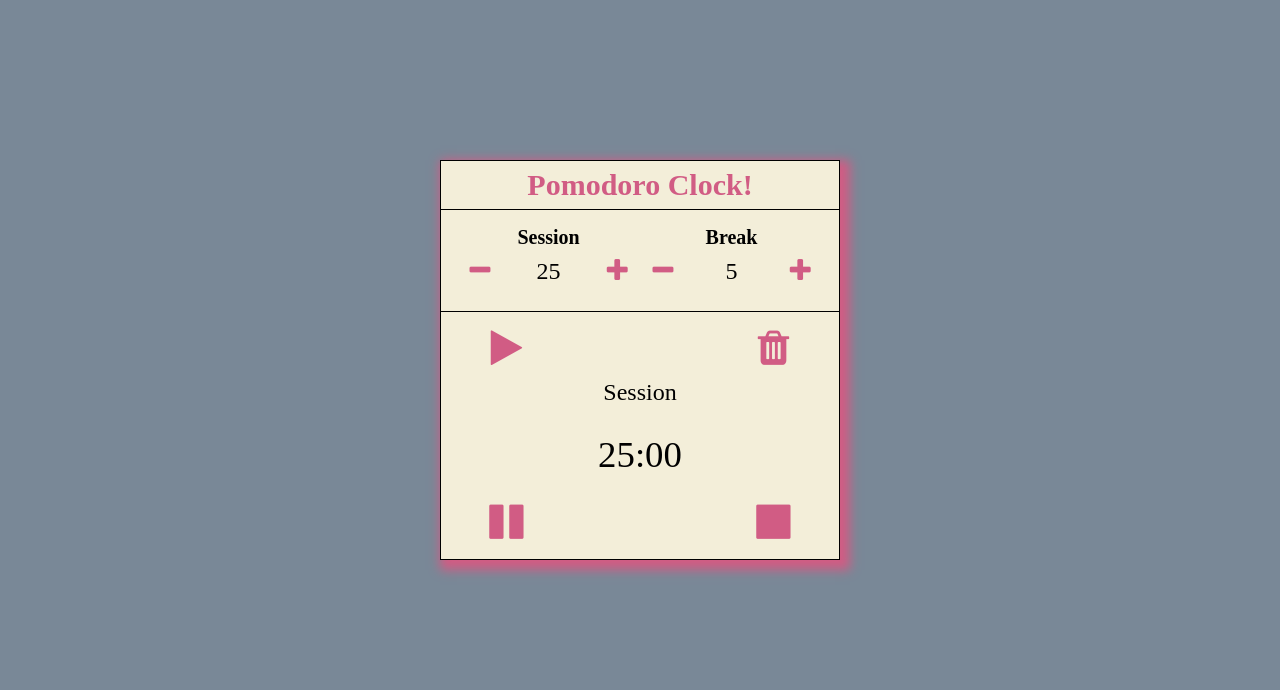
Repository: mcostigliola/pomodoroTimer
Page: index.html
An editor plug-in stored every save of this project. The page is shown before and after the next save, followed by the edit.
The browser window is 1280 px wide. The pictures show the whole page.

Above is the page before, as saved 2020-06-10 19:40:36.

### index.html
<!DOCTYPE html>
<html>
<head>
  <meta charset='utf-8'>
  <meta http-equiv='X-UA-Compatible' content='IE=edge'>
  <title>Page Title</title>
  <meta name='viewport' content='width=device-width, initial-scale=1'>
  <link rel='stylesheet' type='text/css' media='screen' href='main.css'>
  <link rel='stylesheet' type='text/css' media='screen' href='https://cdnjs.cloudflare.com/ajax/libs/font-awesome/4.7.0/css/font-awesome.css'>
</head>
<body>
  <div id="main-container">
    <div id="title-watch">
      <p>Pomodoro Clock!</p>
    </div>

    <div id="session-container">
      <div class="timer-configurator">
        <h3 class="cnfg-name">Session</h3>
        <div class="cnfg-controller">
          <button id="session-down" class="arrow-btn arrow-down">
            <i class="fa fa-2x fa-minus" aria-hidden="true"></i>
          </button>
          <div id="session-minute" class="config-minute"></div>
          <button id="session-up" class="arrow-btn arrow-up">
            <i class="fa fa-2x fa-plus" aria-hidden="true"></i>
          </button>
        </div>
      </div>
      <div class="timer-configurator">
        <h3 class="cnfg-name">Break</h3>
        <div class="cnfg-controller">
          <button id="break-down" class="arrow-btn arrow-down">
            <i class="fa fa-2x fa-minus" aria-hidden="true"></i>
          </button>
          <div id="break-minute" class="config-minute"></div>
          <button id="break-up" class="arrow-btn arrow-up">
            <i class="fa fa-2x fa-plus" aria-hidden="true"></i>
          </button>
        </div>
      </div>
    </div>

    <div id="timer-container">
       <div class="btn-container">
         <button id="btn-play"><i class="fa fa-3x fa-play" aria-hidden="true"></i></button>
         <button id="btn-reset"><i class="fa fa-3x fa-trash" aria-hidden="true"></i></button>
       </div>

       <p id="status">Session</p>
       <p id="timer">25:00</p>
       <div class="btn-container">
         <button id="btn-pause"><i class="fa fa-3x fa-pause" aria-hidden="true"></i>
</button>
         <button id="btn-stop"><i class="fa fa-3x fa-stop" aria-hidden="true"></i>
</button>
       </div>

    </div>
  </div>

  <script src='main.js'></script>
</body>
</html>

### main.css
:root{
    --bg-color: #798897;
    --main-color: #f3eed9;
    --icon-color: #d15c84;
}

 *{

    box-sizing: border-box;
    margin:0;
    padding:0;
}

html{
    height: 100%;
    background-color: var(--bg-color);
}

body{
    display: flex;
    flex-flow: column;
    height: 100%;
}

button{
    background: none;
    border: none;
    cursor: pointer;
    outline: inherit;
}

button > * {
    pointer-events: none;
  }

i{
    color: var(--icon-color);
    width: 100%;
}

#main-container{
    background-color: var(--main-color);
    box-shadow:5px 5px 10px 5px var(--icon-color);
    border: 1px solid black;
    display: flex;
    flex-flow: column;
    height: 400px;
    justify-content: space-between;
    margin: auto;
    width: 400px;
}

#session-container{
    border-top: 1px solid black;
    display: flex;
    height: 30%;
    padding: 1rem;
}

#status{
    font-size: 1.5rem;
}

#timer{
    font-size: 2.3rem;
}

#timer-container{
    height: 75%;
}

#timer-container{
    border-top: 1px solid black;
    display:flex;
    flex-flow: column;
    justify-content: space-between  ;
    padding: 1rem 3rem 2rem 3rem;
    text-align: center;
}

#title-watch{
    align-items: center;
    display: flex;
    height: 15%;
    text-align: center;
}

#title-watch p{
    color: var(--icon-color);
    flex-grow: 1;
    font-size: 30px;
    font-weight: bold;
}

.arrow-btn{
    width: 25%;
}

.btn-container{
    display: flex;
    justify-content: space-between;
}

.btn-container button{
    height: 25px;
    width: 35px;
}

.cnfg-controller{
    display: flex;
    flex-grow: 1;
    justify-content: space-between;
}

.cnfg-name{
    font-size: 20px;
}

.config-minute{
    font-size: 1.5rem;
    display: flex;
    flex-flow: column;
    justify-content: center;
}


.timer-configurator{
    display: flex;
    flex-flow: column;
    width: 50%;
}

.timer-configurator h3{
    text-align: center;
}

### main.js
const MAX_CNFG_VALUE = 99;
const DEFMINUTES = 25;
const DEFBREAK = 5;
let configSessionMinutes = DEFMINUTES;
let configBreakMinutes = DEFBREAK;
let timerMinutes = configSessionMinutes;
let timerSeconds = 0;
let intervalId;
let isPaused = true;
let isOnBreak = false;
let sessionP = document.getElementById('status');
document.getElementById('session-minute').innerText = configSessionMinutes.toString();
document.getElementById('break-minute').innerText = configBreakMinutes.toString();

let arrowBtns = Array.from(document.querySelectorAll('.arrow-btn'));
arrowBtns.forEach(btn => btn.addEventListener('click', pressArrow));

document.getElementById('btn-play').addEventListener('click', pressPlay);
document.getElementById('btn-pause').addEventListener('click', pressPause);
document.getElementById('btn-stop').addEventListener('click', pressStop);
document.getElementById('btn-reset').addEventListener('click', resetButton);

function pressArrow(e){
  const buttonId = e.target.id;
  changeConfigMinutes(buttonId);
  alignConfigWithDisplay(buttonId);
}

function alignConfigWithDisplay(buttonId){
  if(buttonId.includes('break')){
    updateDisplay();
    if(isPaused && isOnBreak){
      timerMinutes = configBreakMinutes;
      updateDisplay();
    }
  }else{
    updateDisplay();
    if(isPaused && !isOnBreak){
      timerMinutes = configSessionMinutes;
      updateDisplay();
    }
  }
}

function changeConfigMinutes(buttonId){
  switch(buttonId){
    case "session-up":
      if(configSessionMinutes < MAX_CNFG_VALUE) configSessionMinutes++;
      break;
    case "session-down":
      if(configSessionMinutes > 0) configSessionMinutes--;
      break;
    case "break-up":
      if(configBreakMinutes < MAX_CNFG_VALUE) configBreakMinutes++;
      break;
    case "break-down":
      if(configBreakMinutes > 0) configBreakMinutes--;
      break;
  }
}

function updateDisplay(){
  updateTimerText();
  udpateConfigText();
}

function updateTimerText(){
  let timer = '';
  timerMinutes < 10 ? timer = `0${timerMinutes}`: timer = timerMinutes;
  timerSeconds < 10 ? timer += `:0${timerSeconds}`: timer += `:${timerSeconds}`;
  document.getElementById('timer').innerText = timer;
}

function udpateConfigText(){
  document.getElementById('break-minute').innerText = configBreakMinutes.toString();
  document.getElementById('session-minute').innerText = configSessionMinutes.toString();
}

function countdown(){
   intervalId = setInterval(() => {
    if(isPaused === true){
      clearInterval(intervalId);
      return;
    }
    if (timerSeconds > 0){
          timerSeconds--;
          updateDisplay();
    }else{
      if (timerMinutes > 0){
        timerMinutes--;
        timerSeconds = 59;
        updateDisplay();
      } else {
        isPaused = true;
        switchStatus();
      }
    }
   }, 1000);
}

function pressPlay(){
  if (isPaused){
    countdown();
    isPaused = false;
  }
}

function pressPause(){
  if(!isPaused) isPaused = true;
}

function pressStop(){
  timerSeconds = 0;
  isPaused = true;
  if(isOnBreak){
    sessionP.innerText = "Break";
    timerMinutes = configBreakMinutes;
  }else{
    sessionP.innerText = "Session";
    timerMinutes = configSessionMinutes;
  }
  updateDisplay();
}

function resetButton(){
  configSessionMinutes = DEFMINUTES;
  configBreakMinutes = DEFBREAK;
  isPaused = true;
  isOnBreak = false;
  timerMinutes = configSessionMinutes;
  timerSeconds = 0;
  sessionP.innerText = "Session";
  updateDisplay();
}

function switchStatus(){
  clearInterval(intervalId);
  isOnBreak = !isOnBreak;
  if(isOnBreak){
    timerMinutes = configBreakMinutes;
    sessionP.innerText = "Break";
  } else {
    timerMinutes = configSessionMinutes;
    sessionP.innerText = "Session";
  }
  isPaused = true;
  updateDisplay();
}

After the next save:
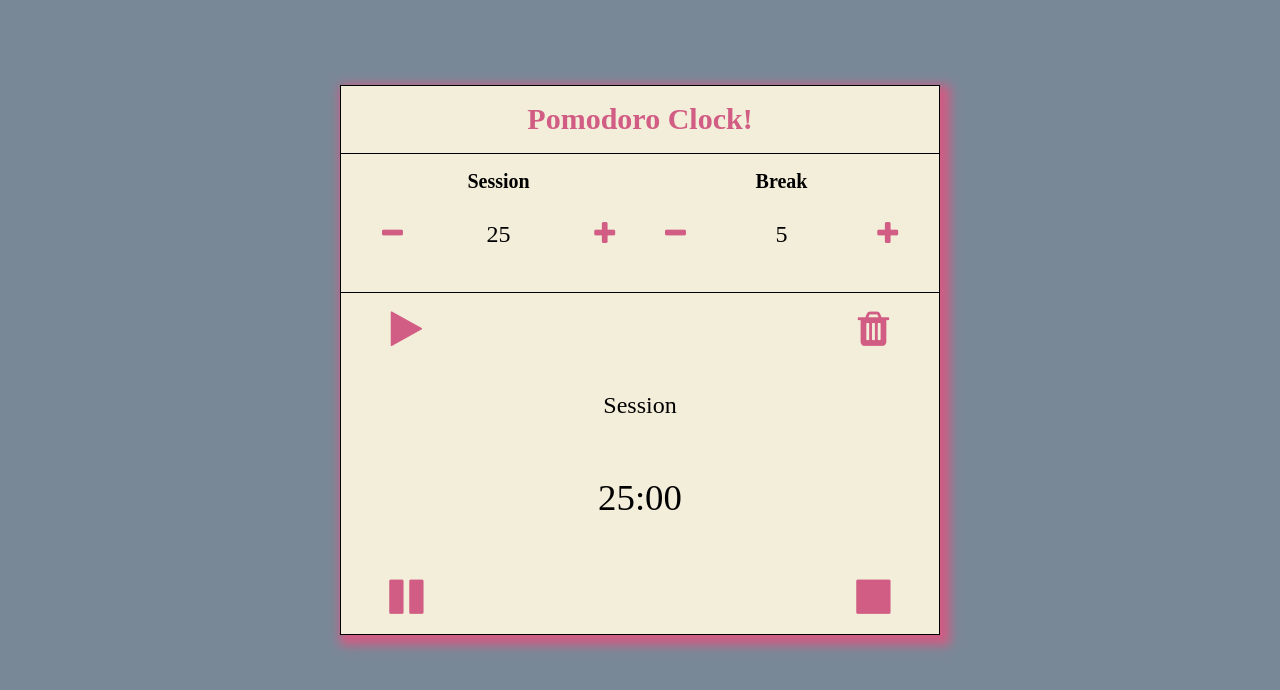
Saved 4 min 12 s later.
--- a/main.css
+++ b/main.css
@@ -44,10 +44,10 @@ i{
     border: 1px solid black;
     display: flex;
     flex-flow: column;
-    height: 400px;
+    height: 550px;
     justify-content: space-between;
     margin: auto;
-    width: 400px;
+    width: 600px;
 }
 
 #session-container{
